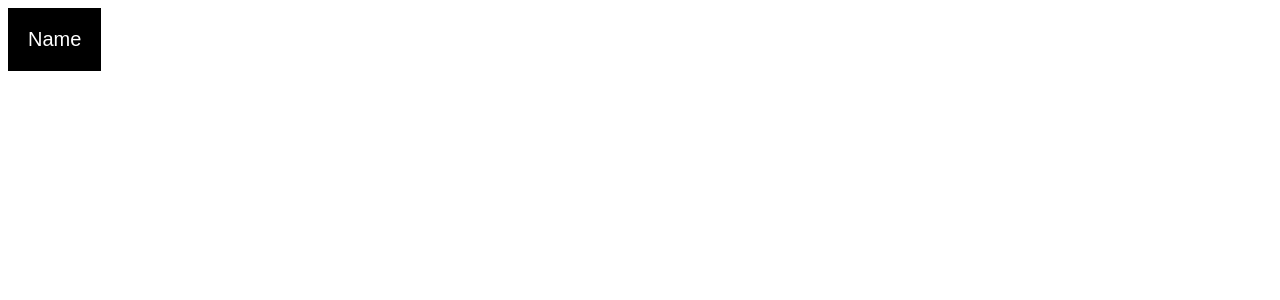
Repository: VidalLopez/VidalLopez.github.io
Page: index2.html
The author's editor kept a record of every edit. The page is drawn from the files as they stood at one moment, then again after the next edit.
The browser window is 1280 px wide. The pictures show the whole page.

Above is the page before.

After the next edit:
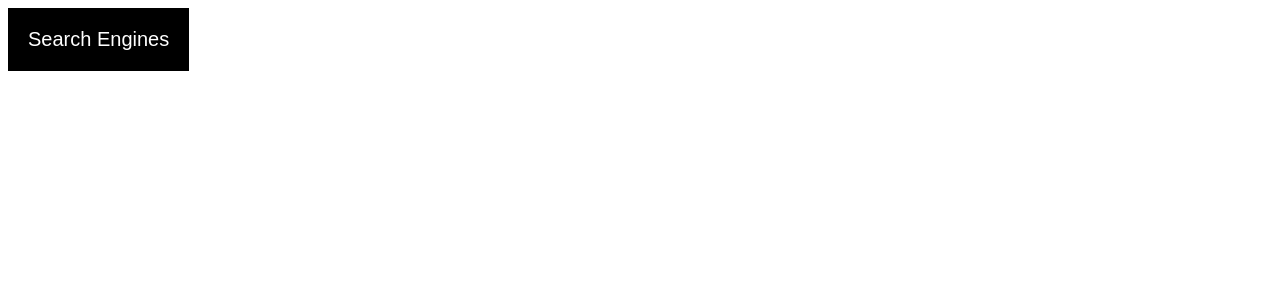
The edit:
--- a/index2.html
+++ b/index2.html
@@ -32,7 +32,7 @@
 </style>
 </head>
 <div class="dropdown">
-<button class="dropbtn">Name</button>
+<button class="dropbtn">Search Engines</button>
 <div class="dropdown-content">
     <a href="https://www.bing.com">Google</a>
 <a href="https://www.google.com">Bing</a>
